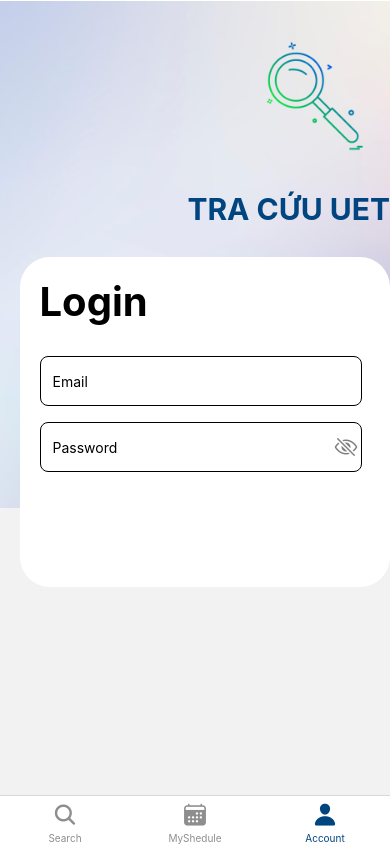
Repository: nguyenkhackien/Student-Progress-Tracker-
Screen: /Account (app in MyApp/)
An editor plug-in stored every save of this project. The screen is shown before and after the next save, followed by the edit.
The app was drawn by React Native's web renderer in a window 390 px wide. The project was rebuilt for these pictures with package versions that can differ from the ones it lists, and the page was loaded fresh each time. Also part of the build but not shown: MyApp/src/components/MyScheduleScreen.js.

Above is the screen before, as saved 2024-07-21 22:06:33.

After the next save:
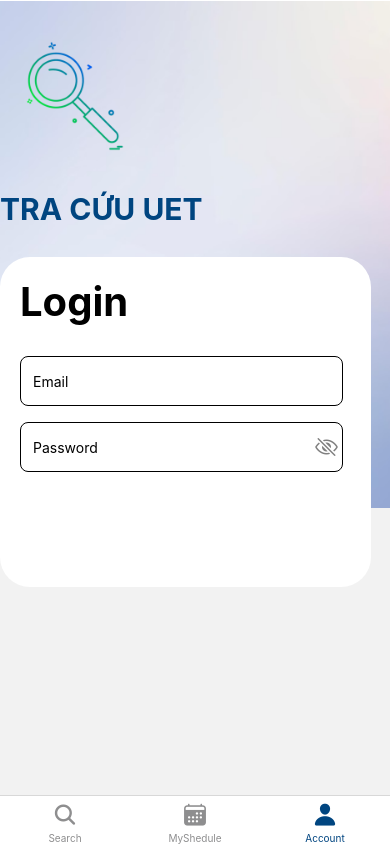
Saved 12 s later.
--- a/MyApp/src/components/LoginScreen.js
+++ b/MyApp/src/components/LoginScreen.js
@@ -76,7 +76,7 @@ const LoginScreen = () => {
 const styles = {
     container: {
         flex: 1,
-        alignItems: "flex-end",
+        alignItems: "fle-end",
     },
     title: {
         fontSize: 30,
